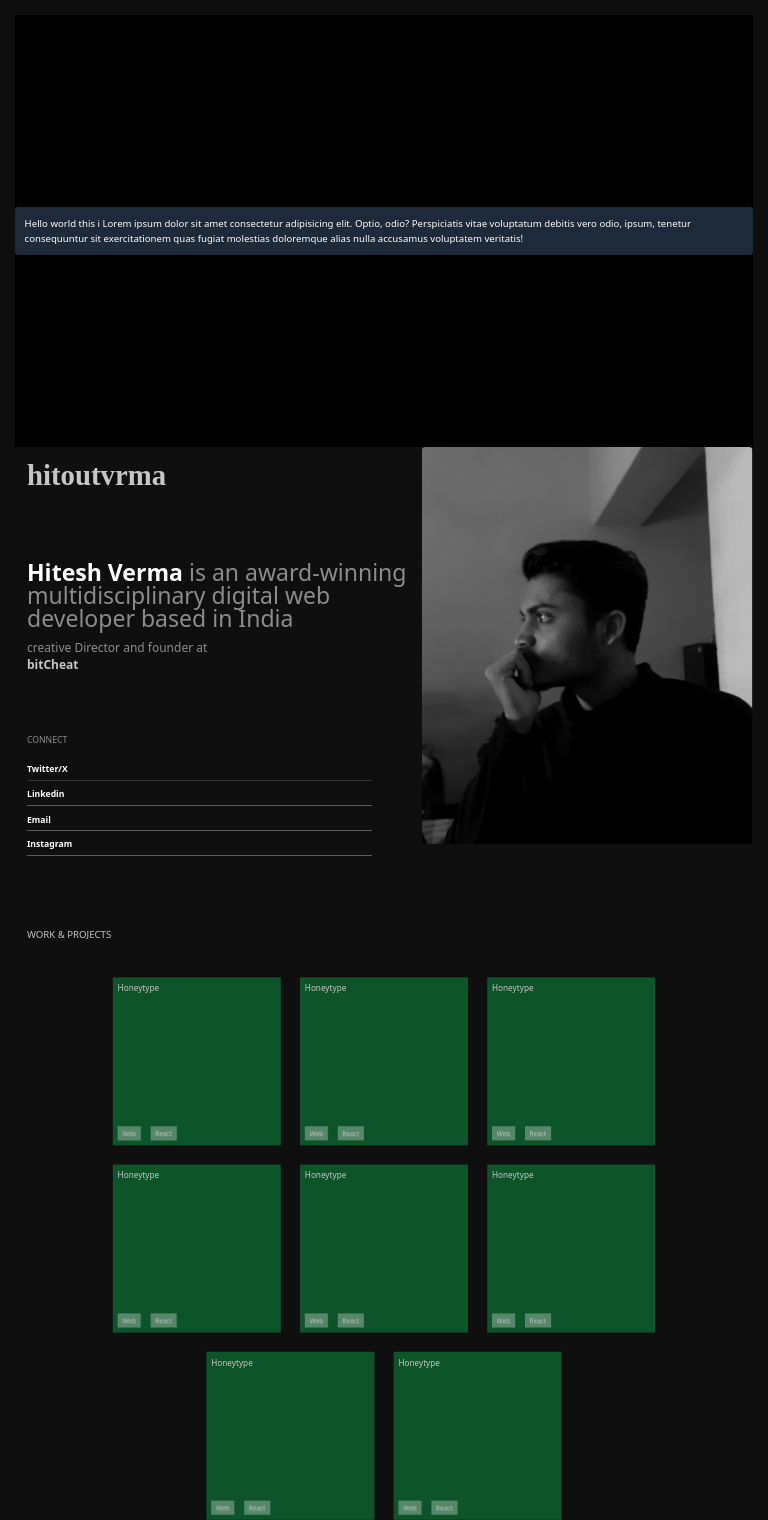
Repository: hitoutvrma/portfolio
Page: /
These files come from the project's save history. The page is drawn as it stood at one moment and after a run of saves; the edit follows.
The browser window is 1280 px wide. The pictures show the whole page, at 60% of full size.
The project was rebuilt for these pictures with package versions that can differ from the ones it lists, and the page was loaded fresh each time. Also part of the build but not shown: vite.config.js.

Above is the page before, as saved 2025-03-08 10:57:50.

After the next 2 saves:
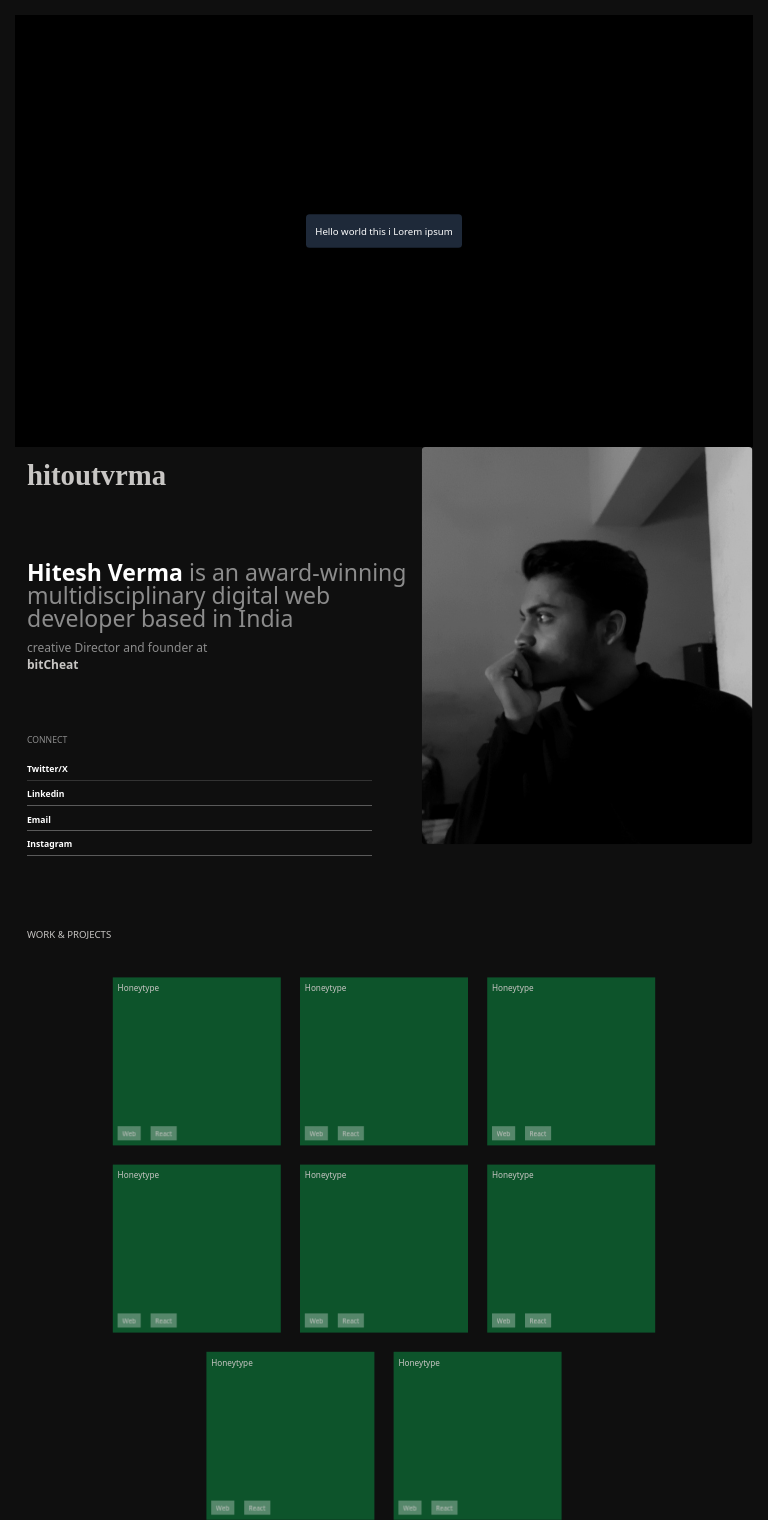
The 2 saves are shown as one change because they came seconds apart.
The last was saved 9 s later.
--- a/src/Components/AnimatedParagraph.jsx
+++ b/src/Components/AnimatedParagraph.jsx
@@ -22,7 +22,7 @@ export default function AnimatedParagraph() {
             }}
             transition={{ duration: 0.5, ease: "easeOut" }}
           >
-              Hello world this i Lorem ipsum dolor sit amet consectetur adipisicing elit. Optio, odio? Perspiciatis vitae voluptatum debitis vero odio, ipsum, tenetur consequuntur sit exercitationem quas fugiat molestias doloremque alias nulla accusamus voluptatem veritatis!
+              Hello world this i Lorem ipsum
           </motion.div>
 
       </motion.div>
